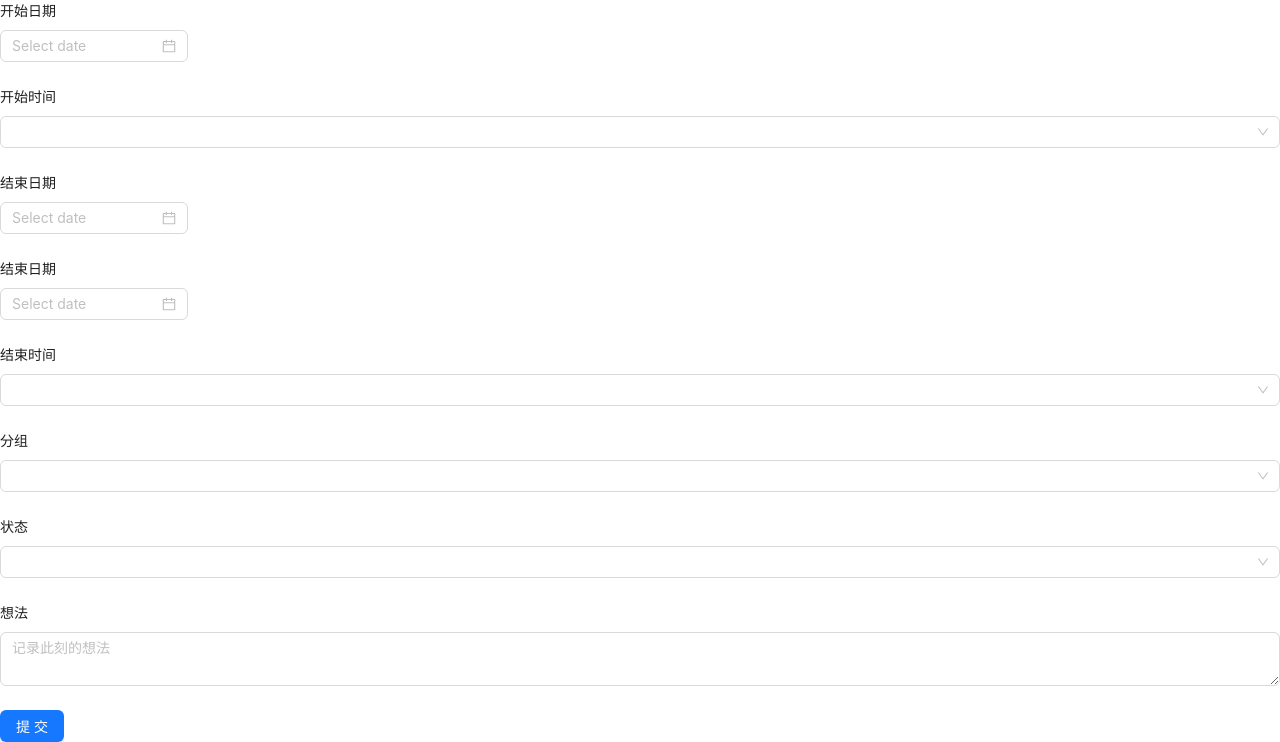
Repository: wujieli0207/time-value-app
Page: /
An editor plug-in stored every save of this project. The page is shown before and after the next save, followed by the edit.
The browser window is 1280 px wide. The pictures show the whole page.
The project was rebuilt for these pictures with package versions that can differ from the ones it lists, and the page was loaded fresh each time. Also part of the build but not shown: vite.config.ts.

Above is the page before, as saved 2024-01-29 11:00:27.

### src/main.tsx
import './style/index.less'

import React from 'react'
import ReactDOM from 'react-dom/client'
import App from './App.tsx'

ReactDOM.createRoot(document.getElementById('root')!).render(
  <React.StrictMode>
    <App />
  </React.StrictMode>
)

### src/App.tsx
import { Button, Form, Input, DatePicker, Select, Space } from 'antd'
import { useMemo } from 'react'
import { generateTimesGap } from '@/utils'
import { ITimeInterface } from '#/time'
import { catagoryConfig, statusConfig } from '@/config/time'

interface FieldType
  extends Pick<ITimeInterface, 'catagoryId' | 'description' | 'status'> {
  startDate: string
  startTime: string
  endDate: string
  endTime: string
}

function App() {
  const timeRange = useMemo(() => {
    return generateTimesGap()
  }, [])

  return (
    <>
      <Form layout="vertical">
        <Form.Item<FieldType> name="startDate" label="开始日期">
          <DatePicker />
        </Form.Item>
        <Form.Item<FieldType> name="startTime" label="开始时间">
          <Select options={timeRange} />
        </Form.Item>
        <Form.Item label="结束日期">
          <DatePicker />
        </Form.Item>
        <Form.Item<FieldType> name="endDate" label="结束日期">
          <DatePicker />
        </Form.Item>
        <Form.Item<FieldType> name="endTime" label="结束时间">
          <Select options={timeRange} />
        </Form.Item>

        <Form.Item<FieldType> name="catagoryId" label="分组">
          <Select>
            {catagoryConfig.map((item) => (
              <Select.Option key={item.value} value={item.value}>
                <Space>
                  <div
                    className="w-2 h-2 rounded-full"
                    style={{ backgroundColor: item.color }}
                  />
                  {item.label}
                </Space>
              </Select.Option>
            ))}
          </Select>
        </Form.Item>

        <Form.Item<FieldType> name="status" label="状态">
          <Select>
            {statusConfig.map((item) => (
              <Select.Option key={item.value} value={item.value}>
                <Space>
                  {/* <div
                    className="w-2 h-2 rounded-full"
                    style={{ backgroundColor: item.color }}
                  /> */}
                  {item.label}
                </Space>
              </Select.Option>
            ))}
          </Select>
        </Form.Item>

        <Form.Item<FieldType> name="description" label="想法">
          <Input.TextArea placeholder="记录此刻的想法" />
        </Form.Item>
      </Form>

      <Button type="primary">提交</Button>
    </>
  )
}

export default App

### src/utils/index.ts
export { dateFormat, generateTimesGap } from './date'

### src/config/time.ts
import { StatusEnum } from '@/enums/time'

export const catagoryConfig = [
  {
    value: 'work',
    label: '工作',
    color: 'red',
  },
  {
    value: 'improve',
    label: '自我提升',
    color: 'blue',
  },
  {
    value: 'live',
    label: '生活',
    color: 'green',
  },
  {
    value: 'boring',
    label: '无聊',
    color: 'gray',
  },
]

export const statusConfig = [
  {
    value: StatusEnum.GOOD,
    label: '还不错',
  },
  {
    value: StatusEnum.MIDDLE,
    label: '一般般',
  },
  {
    value: StatusEnum.BAD,
    label: '不太行',
  },
]

### src/utils/date.ts
import dayjs, { ConfigType } from 'dayjs'
import { DateFormatEnum } from '@/enums/global'

/**
 * @description 日期格式化
 */
export function dateFormat(
  date: ConfigType,
  fmt = DateFormatEnum.DATE
): string {
  if (date) {
    const result = dayjs(date).format(fmt)
    return result === 'Invalid date' ? '' : result
  }

  return ''
}

/**
 * @description 按照每 15 分钟到间隔，生成时间选择列表
 */
export function generateTimesGap(): Array<Record<'label' | 'value', string>> {
  const times = []
  for (let i = 0; i < 24; i++) {
    for (let j = 0; j < 60; j += 15) {
      const date = new Date()
      date.setHours(i, j)
      const isPM = i >= 12
      const hour = isPM ? i - 12 : i
      const minute = j < 10 ? '0' + j : j
      const label = `${isPM ? '下午' : '上午'} ` + hour + ':' + minute
      times.push({
        label: label,
        value: dateFormat(date, DateFormatEnum.MINUTE),
      })
    }
  }
  return times
}

### src/enums/time.ts
export enum StatusEnum {
  GOOD = 'GOOD',
  MIDDLE = 'MIDDLE',
  BAD = 'BAD',
}

### src/enums/global.ts
export enum ThemeEnum {
  SYSTEM = 'system', // 跟随系统
  LIGHT = 'light',
  DARK = 'dark',
}

export enum LanguageEnum {
  ZH_CN = 'zh-CN',
  EN_US = 'en-US',
}

export enum DateFormatEnum {
  DATE = 'YYYY-MM-DD',
  DATE_TIME = 'YYYY-MM-DD HH:mm:ss',
  DATE_MINUTE = 'YYYY-MM-DD HH:mm',
  MINUTE = 'HH:mm',
}

Loaded but not shown: index.html (common file); src/style/index.less (common file); tailwind.config.js (common file)

After the next save:
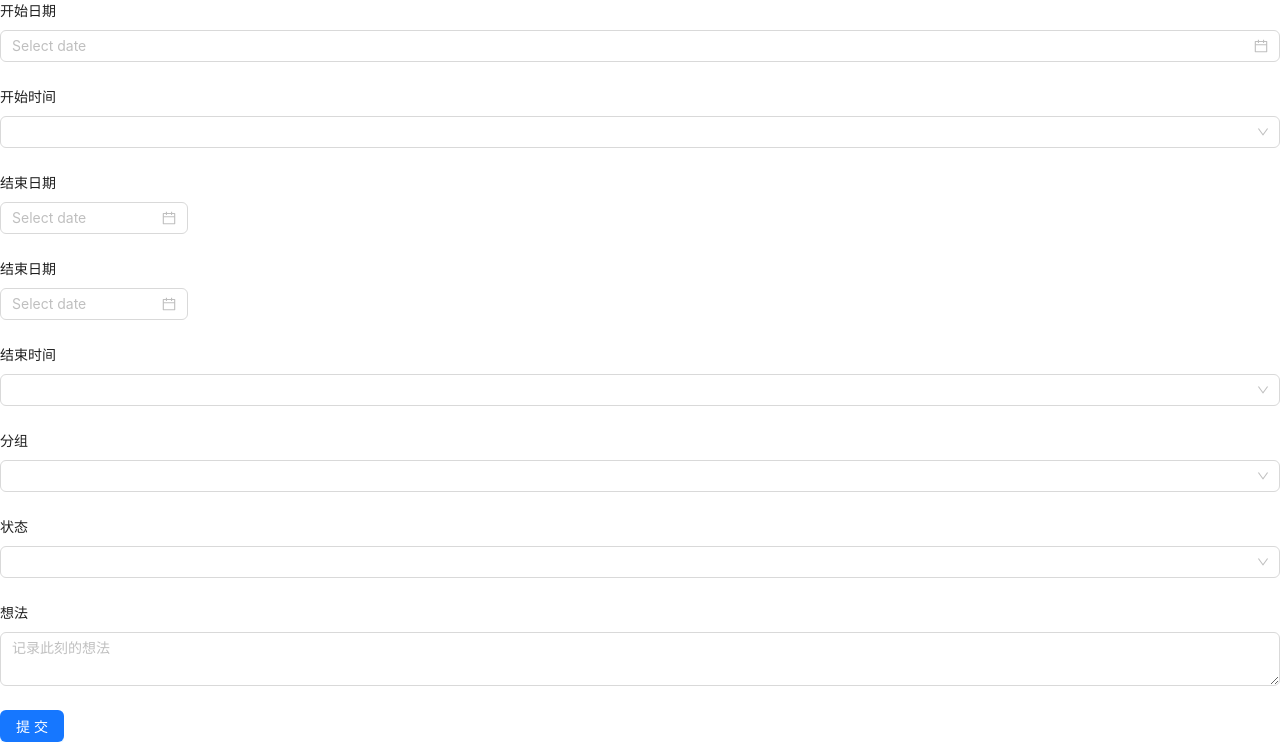
Saved 13 s later.
--- a/src/App.tsx
+++ b/src/App.tsx
@@ -21,7 +21,7 @@ function App() {
     <>
       <Form layout="vertical">
         <Form.Item<FieldType> name="startDate" label="开始日期">
-          <DatePicker />
+          <DatePicker className="w-full" />
         </Form.Item>
         <Form.Item<FieldType> name="startTime" label="开始时间">
           <Select options={timeRange} />
